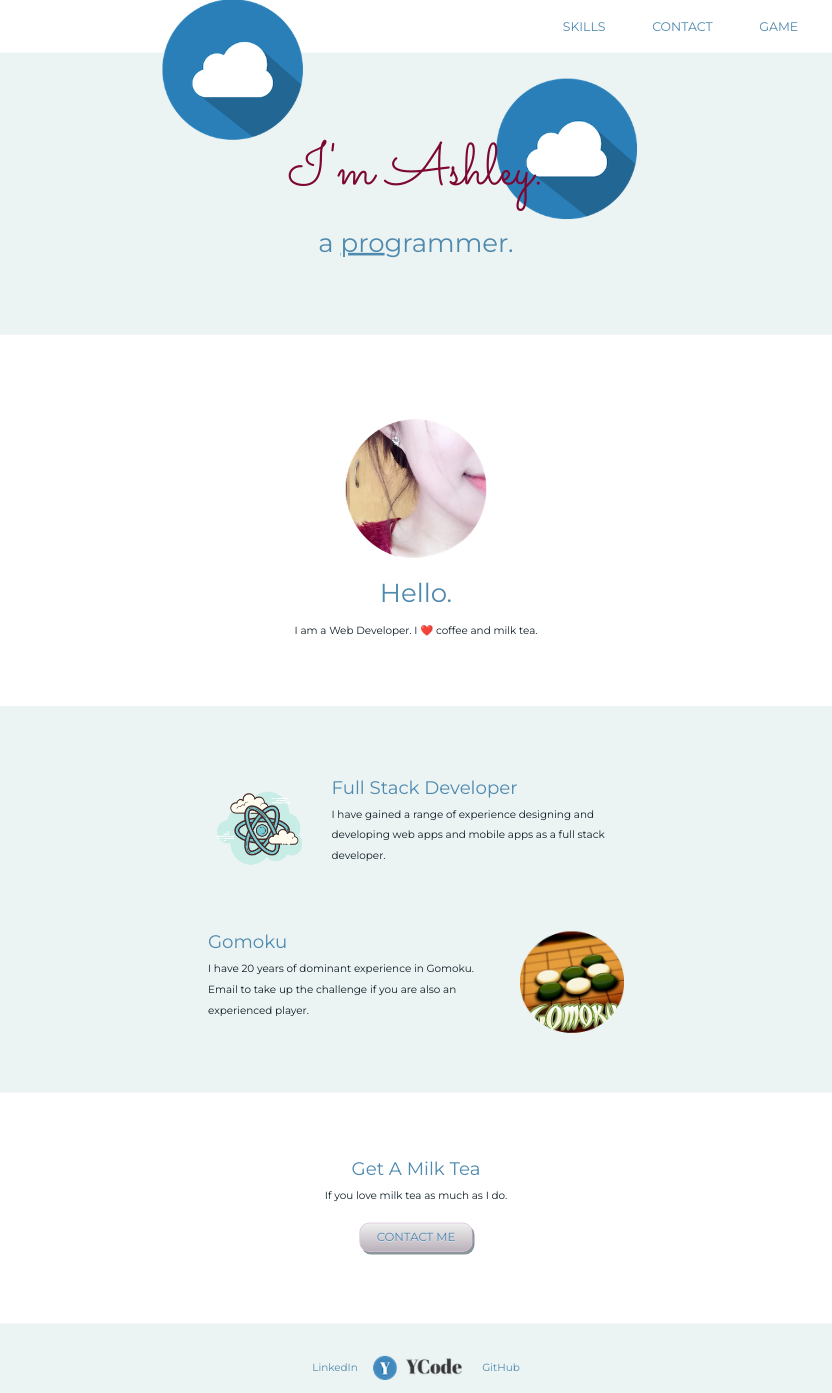
Repository: nosugarpls/YCode-my-website
Page: index.html
An editor plug-in stored every save of this project. The page is shown before and after the next save, followed by the edit.
The browser window is 1280 px wide. The pictures show the whole page, at 65% of full size.

Above is the page before, as saved 2020-09-25 10:37:58.

After the next save:
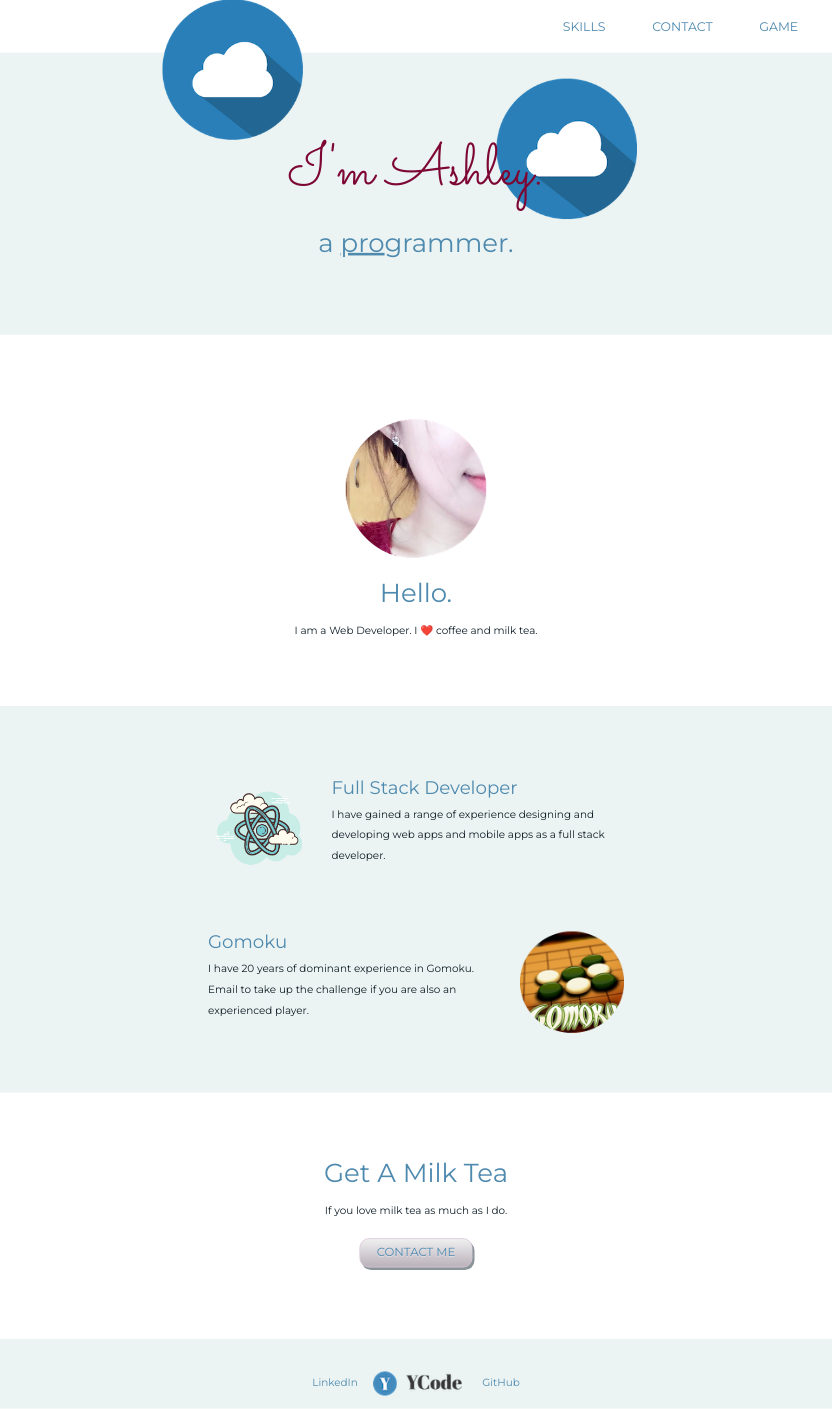
Saved 32 s later.
--- a/index.html
+++ b/index.html
@@ -71,7 +71,7 @@
     </div>
 
     <div class="contact-me" id="contact">
-      <h3>Get A Milk Tea</h3>
+      <h2>Get A Milk Tea</h2>
       <p>If you love milk tea as much as I do.</p>
       <a class="btn" href="mailto:coloraworld@gmail.com">CONTACT ME</a>
     </div>

After the save that followed:
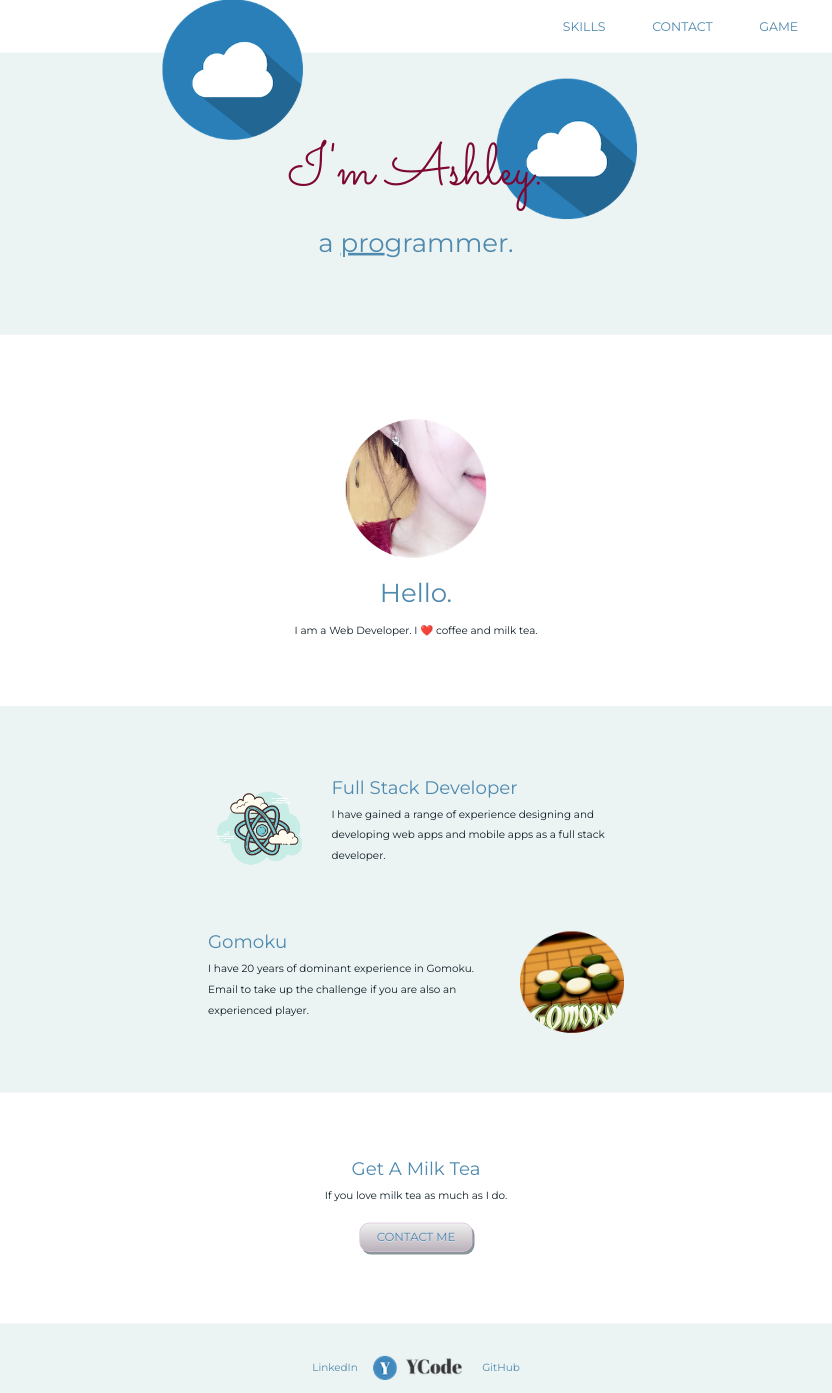
Saved 17 s later.
--- a/index.html
+++ b/index.html
@@ -71,7 +71,7 @@
     </div>
 
     <div class="contact-me" id="contact">
-      <h2>Get A Milk Tea</h2>
+      <h3>Get A Milk Tea</h3>
       <p>If you love milk tea as much as I do.</p>
       <a class="btn" href="mailto:coloraworld@gmail.com">CONTACT ME</a>
     </div>
